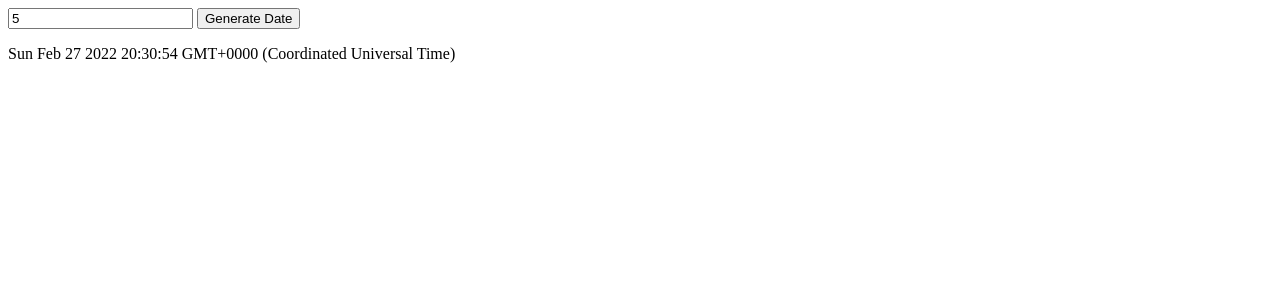
Repository: jfjadloc/jfjadloc.github.io
Page: Timestamp/index.html
The author's editor kept a copy of each file at every save. The page is drawn from the files as they stood at one save, then again after the next save.
The browser window is 1280 px wide. The pictures show the whole page.
Empty fields were first filled with sample values (such as "Sample", 5 or name@example.com).
After loading, the first visible `#myBtn` was clicked once.

Above is the page before, as saved 2022-02-27 20:57:42.

After the next save:
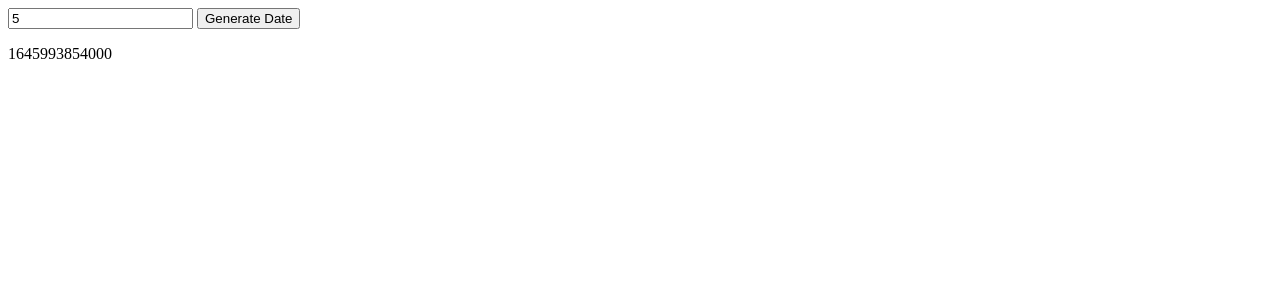
Saved 9 s later.
--- a/Timestamp/index.html
+++ b/Timestamp/index.html
@@ -17,7 +17,7 @@
         function displayDate() {
             var d = document.getElementById("date_input");
 
-            document.getElementById("answer").innerHTML = new Date();
+            document.getElementById("answer").innerHTML = Date.now();
         }
     </script>
 </body>
